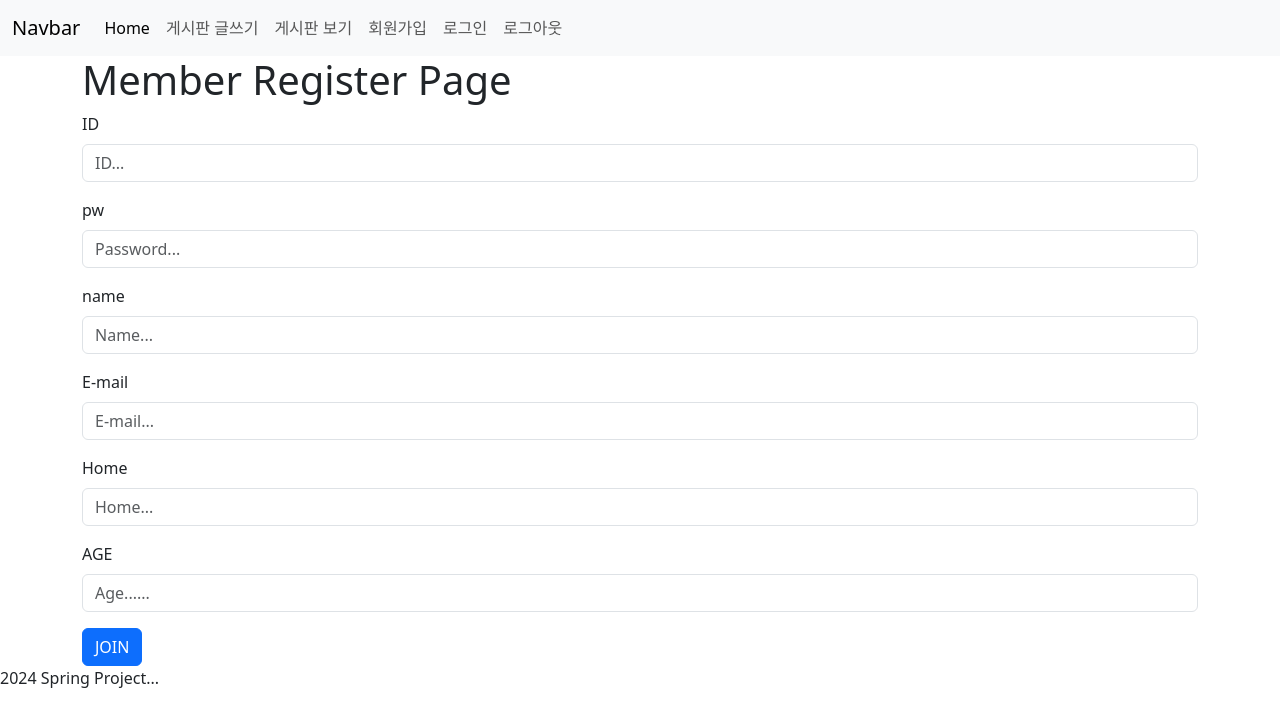
Repository: leegangjin/springTest240430
Page: http://localhost/spring_study/WEB-INF/views/member/register.jsp
These files come from the project's save history. The page is drawn as it stood at one moment and after the next save; the edit follows.
The browser window is 1280 px wide. The pictures show the whole page.
The page is served by Tomcat 9. Nobody is signed in. The template is opened directly, without the code that normally fills it, so the values that code supplies are empty.

Above is the page before, as saved 2024-04-25 05:58:10.

After the next save:
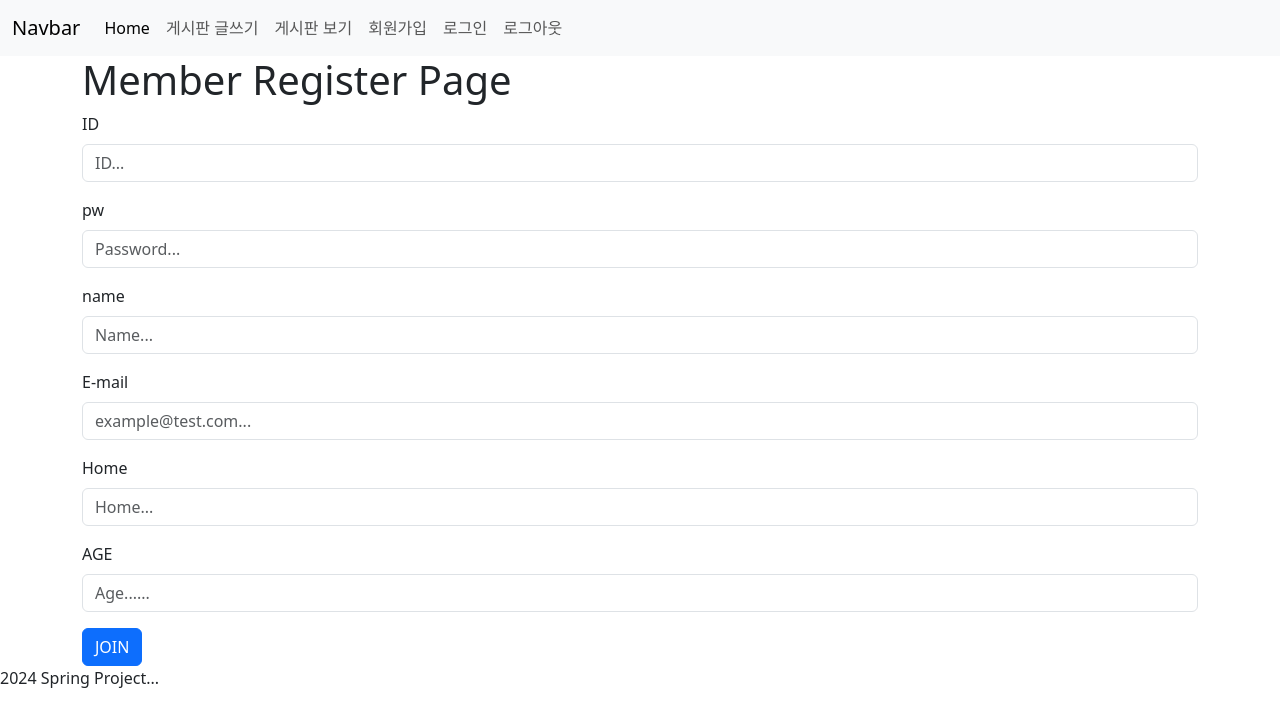
Saved 27 s later.
--- a/spring_study/src/main/webapp/WEB-INF/views/member/register.jsp
+++ b/spring_study/src/main/webapp/WEB-INF/views/member/register.jsp
@@ -22,8 +22,8 @@
 		</div>
 		<div class="mb-3">
 			<label for="e" class="form-label">E-mail</label>
-			<input type="text" class="form-control" name="email" id="e"
-				placeholder="E-mail...">
+			<input type="email" class="form-control" name="email" id="e"
+				placeholder="example@test.com...">
 		</div>
 		<div class="mb-3">
 			<label for="h" class="form-label">Home</label>
